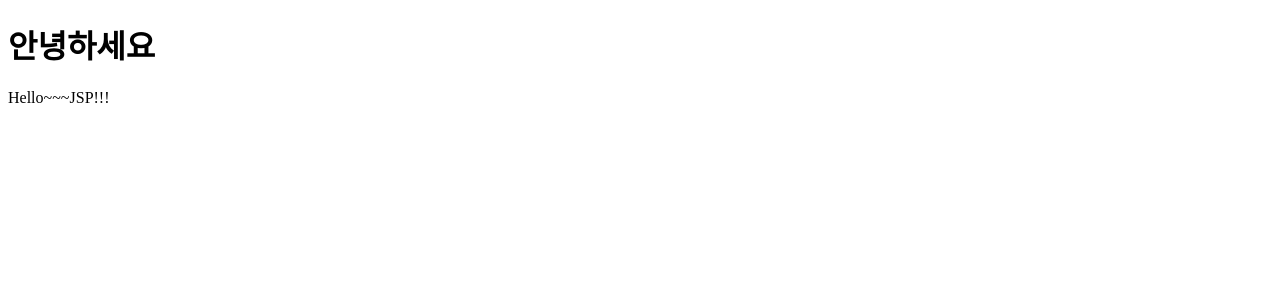
Repository: hiiiiiilim/Servlet-JSP-Workspace
Page: http://localhost/join/register.jsp
An editor plug-in stored every save of this project. The page is shown before and after the next save, followed by the edit.
The browser window is 1280 px wide. The pictures show the whole page.
The page is served by Tomcat 9. Other server files are loaded and not shown.

Above is the page before, as saved 2023-11-07 00:37:30.

### join/src/main/webapp/register.jsp
<%@ page language="java" contentType="text/html; charset=EUC-KR"
    pageEncoding="EUC-KR"%>
<!DOCTYPE html>
<html>
<head>
<meta charset="EUC-KR">
<title>Insert title here</title>
</head>
<body>
<h1>안녕하세요</h1>
<%
	String msg = "Hello~~~JSP!!!";
	out.println(msg);
%>
</body>
</html>

After the next save:
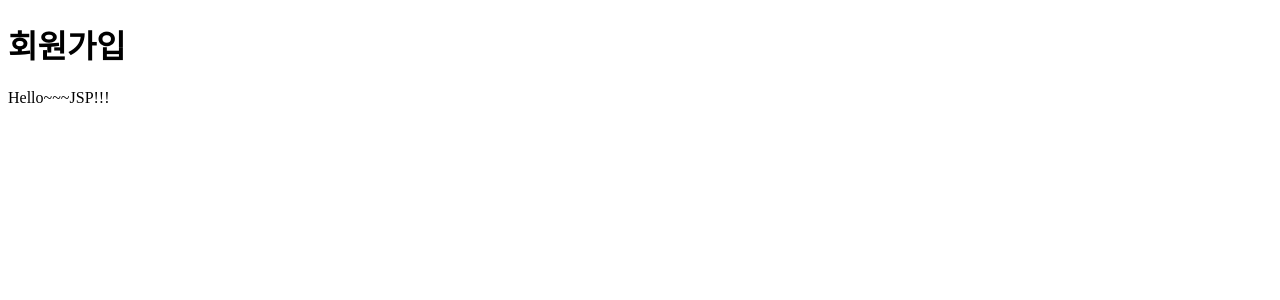
Saved 75 s later.
--- a/join/src/main/webapp/register.jsp
+++ b/join/src/main/webapp/register.jsp
@@ -7,7 +7,7 @@
 <title>Insert title here</title>
 </head>
 <body>
-<h1>안녕하세요</h1>
+<h1>회원가입</h1>
 <%
 	String msg = "Hello~~~JSP!!!";
 	out.println(msg);
